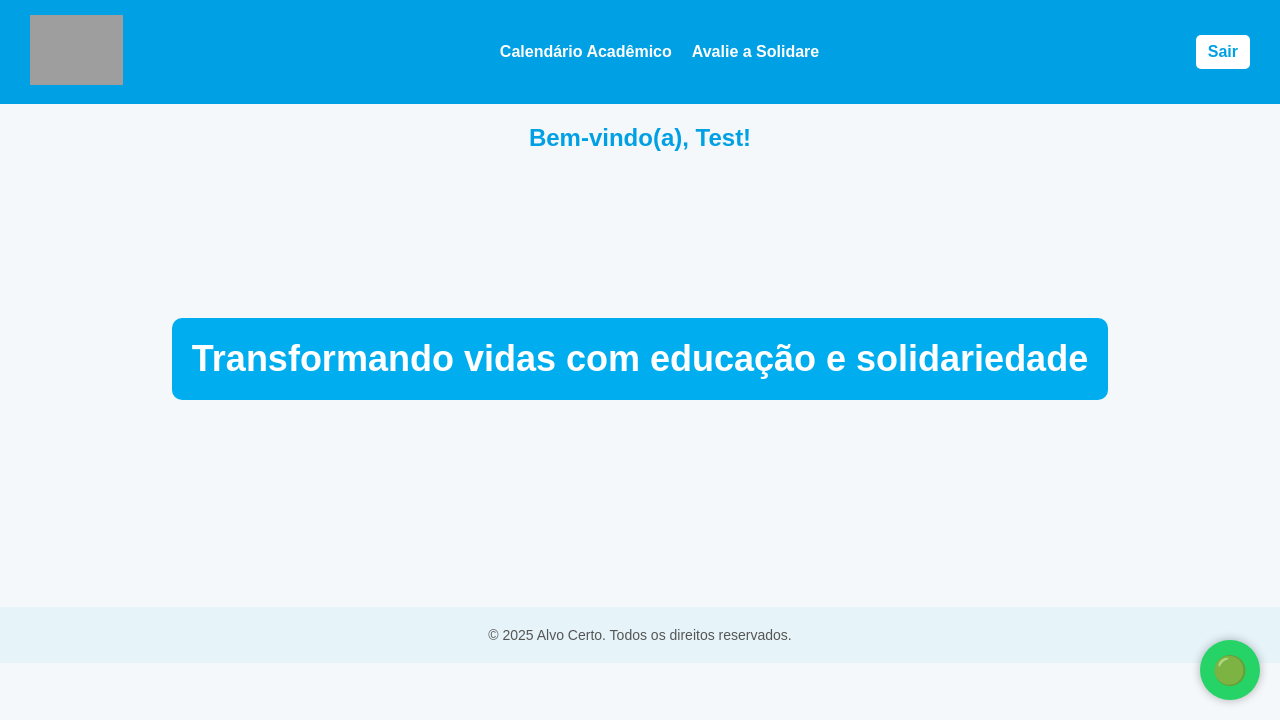
Repository: Guilherme-burle/Portal-do-Aluno-P2
Page: http://localhost/
These files come from the project's save history. The page is drawn as it stood at one moment and after the next save; the edit follows.
The browser window is 1280 px wide. The pictures show the whole page.
Pictures or frames that could not be fetched are drawn as grey boxes. The page is served by the project's application, run on Django 5.2 (PortaldoAluno/manage.py). A made-up administrator, testuser (Test User, test@example.com), is signed in. Other server files are loaded and not shown.

Above is the page before, as saved 2025-05-16 16:53:25.

### PortaldoAluno/Aplicativo/templates/home.html
<!DOCTYPE html>
<html lang="pt-BR">
<head>
  <meta charset="UTF-8">
  <title>Home - Alvo Certo</title>
  <style>
    * {
      box-sizing: border-box;
    }

    body {
      margin: 0;
      font-family: Arial, sans-serif;
      background-color: #f5f8fa;
    }

    header {
      background-color: #00a0e4;
      padding: 15px 30px;
      display: flex;
      align-items: center;
      justify-content: space-between;
      position: sticky;
      top: 0;
      z-index: 1000;
      flex-wrap: wrap;
    }

    .logo img {
      height: 70px;
    }

    nav ul {
      list-style: none;
      margin: 0;
      padding: 0;
      display: flex;
      gap: 20px;
    }

    nav ul li a {
      color: white;
      text-decoration: none;
      font-weight: bold;
      transition: color 0.3s ease;
    }

    nav ul li a:hover {
      color: #ccefff;
    }

    .auth-buttons {
      display: flex;
      gap: 10px;
    }

    .auth-buttons a {
      background-color: white;
      color: #00a0e4;
      padding: 8px 12px;
      border-radius: 5px;
      text-decoration: none;
      font-weight: bold;
    }

    .auth-buttons a:hover {
      background-color: #e6f4fa;
    }

    .banner {
      background-size: cover;
      background-position: center;
      height: 375px;
      display: flex;
      align-items: center;
      justify-content: center;
      color: white;
      text-align: center;
      animation: zoomIn 20s infinite alternate ease-in-out;
    }

    @keyframes zoomIn {
      from {
        background-size: 100%;
      }
      to {
        background-size: 110%;
      }
    }

    .banner h1 {
      background-color: rgb(0, 174, 239);
      padding: 20px;
      border-radius: 10px;
      font-size: 36px;
    }

    .whatsapp-float {
      position: fixed;
      bottom: 20px;
      right: 20px;
      background-color: #25d366;
      color: white;
      border-radius: 50%;
      width: 60px;
      height: 60px;
      display: flex;
      align-items: center;
      justify-content: center;
      font-size: 28px;
      box-shadow: 0 0 10px rgba(0,0,0,0.3);
      z-index: 999;
      text-decoration: none;
    }

    footer {
      background-color: #e6f4fa;
      text-align: center;
      padding: 20px;
      margin-top: 60px;
      font-size: 14px;
      color: #555;
    }

    @media (max-width: 768px) {
      nav ul {
        flex-wrap: wrap;
        gap: 10px;
        margin-top: 10px;
      }

      .auth-buttons {
        margin-top: 10px;
      }

      .banner h1 {
        font-size: 24px;
        padding: 10px;
      }
    }
  </style>
</head>
<body>

  <header>
    <div class="logo">
      <img src="https://i.imgur.com/7H8lMIL.png" alt="Logo Alvo Certo">
    </div>

    <nav>
      <ul>
        {% if user.is_authenticated %}
        <li><a href="{% url 'calendario' %}">Calendário Acadêmico</a></li>
        <li><a href="{% url 'avaliacao' %}">Avalie a Solidare</a></li>
        {% endif %}
      </ul>
    </nav>

    <div class="auth-buttons">
      {% if user.is_authenticated %}
        <a href="{% url 'logout' %}">Sair</a>
      {% else %}
        <a href="{% url 'login' %}">Login</a>
        <a href="{% url 'cadastro' %}">Cadastro</a>
      {% endif %}
    </div>
  </header>

  {% if user.is_authenticated %}
  <h2 style="text-align: center; color: #00a0e4; margin-top: 20px;">
    Bem-vindo(a), {{ user.first_name|default:"usuário" }}!
  </h2>
  {% endif %}

  <section class="banner">
    <h1>Transformando vidas com educação e solidariedade</h1>
  </section>

  <a class="whatsapp-float" href="https://wa.me/5581932514480" target="_blank" title="Fale conosco no WhatsApp">
    🟢
  </a>

  <footer>
    © 2025 Alvo Certo. Todos os direitos reservados.
  </footer>

</body>
</html>

### PortaldoAluno/Aplicativo/decorators.py
from django.shortcuts import redirect

def login_required(view_func):
    def wrapper(request, *args, **kwargs):
        if not request.user.is_authenticated:
            return redirect('login')
        return view_func(request, *args, **kwargs)
    return wrapper

### PortaldoAluno/Aplicativo/views.py
from django.contrib.auth import logout
from django.contrib.auth.models import User
from django.shortcuts import render, redirect, get_object_or_404
from django.contrib.auth import authenticate, login as auth_login
from .models import Aluno, Avaliacao, EventoCalendario
from django.contrib import messages
from django.urls import reverse
from .decorators import login_required
from django.contrib.auth.hashers import make_password
from datetime import datetime
from datetime import date

@login_required
def home(request):
    return render(request, 'home.html')

@login_required
def home_adm(request):
    alunos = Aluno.objects.all()
    return render(request, 'homeadm.html', {'alunos': alunos})

def cadastro(request):
    if request.method == 'POST':
        nome = request.POST.get('nome')
        email = request.POST.get('email')
        senha = request.POST.get('senha')
        is_admin = request.POST.get('is_admin') == 'on'

        print(f"Nome: {nome}")
        print(f"E-mail: {email}")
        print(f"Senha: {senha}")
        print(f"Administrador: {is_admin}")

        if User.objects.filter(email=email).exists():
            return render(request, 'cadastro.html', {'mensagem': 'E-mail já está em uso.'})

        try:
            user = User.objects.create_user(
                username=email,
                email=email,
                password=senha,
                first_name=nome,
                is_superuser=is_admin,
                is_staff=is_admin
            )
            user.save()

            print(f"Usuário {user.username} cadastrado com sucesso!")

            return redirect('login')

        except Exception as e:
            print(f"Erro ao criar o usuário: {e}")
            return render(request, 'cadastro.html', {
                'mensagem': 'Erro ao cadastrar o usuário. Tente novamente.',
                'tipo_mensagem': 'error'
            })

    return render(request, 'cadastro.html')

def login(request):
    if request.method == 'POST':
        username = request.POST.get('username')
        password = request.POST.get('password')

        print(f"Username: {username}, Password: {password}")
        user = authenticate(request, username=username, password=password)

        if user:
            print("Usuário autenticado!")
            auth_login(request, user)
            return redirect('homeadm') if user.is_staff else redirect('home')
        else:
            print("Dados inválidos")
            return render(request, 'login.html', {'erro': 'Credenciais inválidas'})

    return render(request, 'login.html')

@login_required
def logout_view(request):
    logout(request)
    return redirect('home')

@login_required
def add_aluno(request):
    if request.method == 'POST':
        nome = request.POST.get('nome')
        data_nascimento = request.POST.get('data_nascimento')
        escolaridade = request.POST.get('escolaridade')
        turno = request.POST.get('turno')
        escola = request.POST.get('escola')
        endereco = request.POST.get('endereco')
        bairro = request.POST.get('bairro')
        telefone = request.POST.get('telefone')
        curso = request.POST.get('curso')

        if not all([nome, data_nascimento, escolaridade, turno, escola, endereco, bairro, telefone, curso]):
            return render(request, 'add.html', {'erro': 'Todos os campos são obrigatórios'})

        aluno = Aluno.objects.create(
            nome=nome,
            data_nascimento=data_nascimento,
            escolaridade=escolaridade,
            turno=turno,
            escola=escola,
            endereco=endereco,
            bairro=bairro,
            telefone=telefone,
            curso=curso,
        )

        aluno.save()

        messages.success(request, 'Aluno cadastrado com sucesso!')
        return render(request, 'add.html')

    return render(request, 'add.html')

@login_required
def ver(request):
    alunos = Aluno.objects.all()

    return render(request, 'ver.html', {'alunos': alunos})

@login_required
def deletar_alunos(request, aluno_id):
    aluno = get_object_or_404(Aluno, id=aluno_id)
    aluno.delete()
    return redirect(request.META.get('HTTP_REFERER', 'ver'))

@login_required
def editar_alunos(request, aluno_id):
    aluno = get_object_or_404(Aluno, id=aluno_id)

    if request.method == 'POST':
        nome = request.POST.get('nome')
        data_nascimento = request.POST.get('data_nascimento')
        escolaridade = request.POST.get('escolaridade')
        turno = request.POST.get('turno')
        escola = request.POST.get('escola')
        endereco = request.POST.get('endereco')
        bairro = request.POST.get('bairro')
        telefone = request.POST.get('telefone')
        curso = request.POST.get('curso')

        alterado = (
            nome != aluno.nome or
            data_nascimento != str(aluno.data_nascimento) or
            escolaridade != aluno.escolaridade or
            turno != aluno.turno or
            escola != aluno.escola or
            endereco != aluno.endereco or
            bairro != aluno.bairro or
            telefone != aluno.telefone or
            curso != aluno.curso
        )

        if alterado:
            aluno.nome = nome
            aluno.data_nascimento = data_nascimento
            aluno.escolaridade = escolaridade
            aluno.turno = turno
            aluno.escola = escola
            aluno.endereco = endereco
            aluno.bairro = bairro
            aluno.telefone = telefone
            aluno.curso = curso
            aluno.save()
            messages.success(request, 'Informações atualizadas com sucesso!')
        else:
            messages.error(request, 'Você precisa alterar alguma informação.')

    return render(request, 'editar.html', {'aluno': aluno})

@login_required
def avaliar_solidare(request):
    if request.method == 'POST':
        pergunta_1 = request.POST.get('pergunta_1')
        pergunta_2 = request.POST.get('pergunta_2')
        pergunta_3 = request.POST.get('pergunta_3')
        sugestao = request.POST.get('sugestao', '')

        if not all([pergunta_1, pergunta_2, pergunta_3]):
            messages.error(request, 'Responda todos os campos.')
            return render(request, 'avaliacao.html')

        Avaliacao.objects.create(
            pergunta_1=pergunta_1,
            pergunta_2=pergunta_2,
            pergunta_3=pergunta_3,
            sugestao=sugestao
        )
        messages.success(request, 'Avaliação enviada com sucesso!')

    return render(request, 'avaliacao.html')

@login_required
def calendario(request):
    hoje = date.today()
    eventos = EventoCalendario.objects.filter(user=request.user).order_by('data')
    meses = ["Janeiro", "Fevereiro", "Março", "Abril", "Maio", "Junho", "Julho", "Agosto", "Setembro", "Outubro", "Novembro", "Dezembro"]
    dias_semana = ["Dom", "Seg", "Ter", "Qua", "Qui", "Sex", "Sab"]
    contexto = {
        'meses': meses,
        'dias_semana': dias_semana,
        'eventos': eventos,
        'ano_atual': hoje.year,
        'mes_atual': hoje.month - 1
    }
    return render(request, 'calendario.html', contexto)

@login_required
def add_eventos(request):
    data = request.GET.get('data')

    if request.method == 'POST':
        nome = request.POST.get('nome')
        descricao = request.POST.get('descricao')


        if nome and data:
            EventoCalendario.objects.create(nome=nome, data=data, descricao=descricao, user=request.user)
            from django.contrib import messages
            messages.success(request, "Evento adicionado com sucesso!")
            return redirect('calendario')
        else:
            return render(request, 'add_eventos.html', {'erro': 'Dados incompletos.', 'data': data})

    if not data:
        return render(request, 'erro.html', {'mensagem': 'Data não informada.'})

    return render(request, 'add_eventos.html', {'data': data})

### PortaldoAluno/projeto/urls.py
"""
URL configuration for portal project.

The `urlpatterns` list routes URLs to views. For more information please see:
    https://docs.djangoproject.com/en/5.2/topics/http/urls/
Examples:
Function views
    1. Add an import:  from my_app import views
    2. Add a URL to urlpatterns:  path('', views.home, name='home')
Class-based views
    1. Add an import:  from other_app.views import Home
    2. Add a URL to urlpatterns:  path('', Home.as_view(), name='home')
Including another URLconf
    1. Import the include() function: from django.urls import include, path
    2. Add a URL to urlpatterns:  path('blog/', include('blog.urls'))
"""
from django.contrib import admin
from django.urls import path, include

urlpatterns = [
    path('admin/', admin.site.urls),
    path('', include('Aplicativo.urls')),
]

### PortaldoAluno/Aplicativo/urls.py
from django.urls import path
from . import views

urlpatterns = [
    path('', views.home, name='home'),
    path('login/', views.login, name='login'),
    path('logout/', views.logout_view, name='logout'),
    path('cadastro/', views.cadastro, name='cadastro'),
    path('add/', views.add_aluno, name='add'),
    path('homeadm/', views.home_adm, name='homeadm'),
    path('ver/', views.ver, name='ver'),
    path('ver/<int:aluno_id>/deletar', views.deletar_alunos, name='deletar'),
    path('ver/<int:aluno_id>/editar', views.editar_alunos, name='editar'),
    path('avaliacao/', views.avaliar_solidare, name='avaliacao'),
    path('calendario/', views.calendario, name='calendario'),
    path('add_eventos/', views.add_eventos, name='add_eventos'),
]

After the next save:
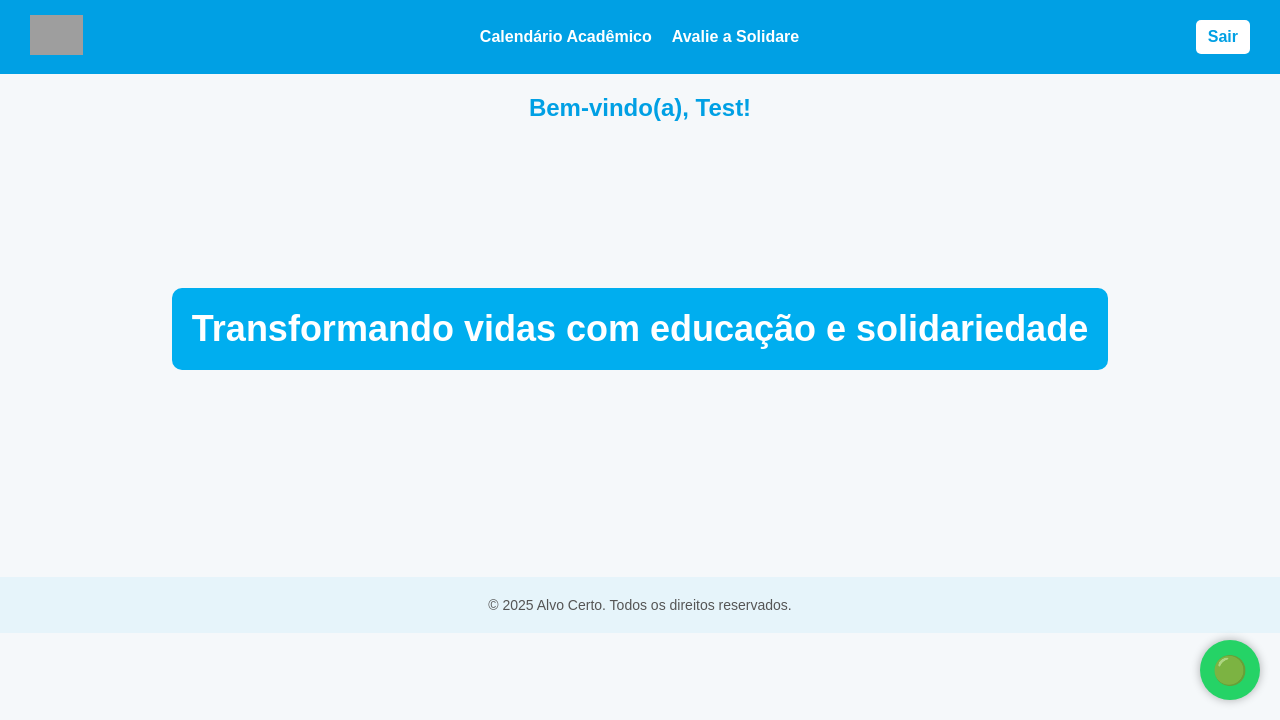
Saved 9 s later.
--- a/PortaldoAluno/Aplicativo/templates/home.html
+++ b/PortaldoAluno/Aplicativo/templates/home.html
@@ -27,7 +27,7 @@
     }
 
     .logo img {
-      height: 70px;
+      height: 40px;
     }
 
     nav ul {
